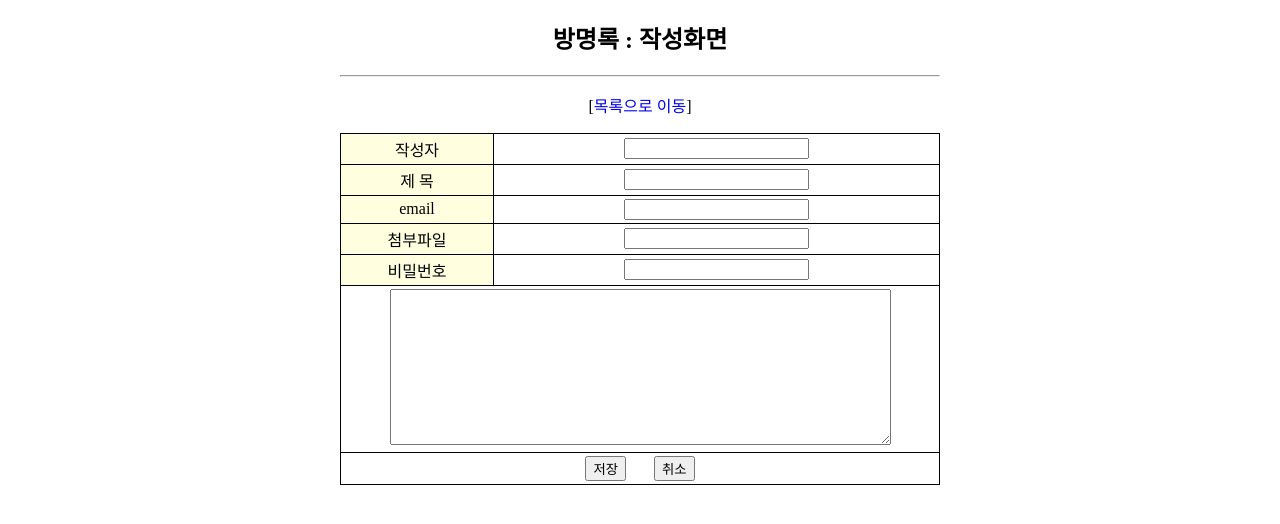
Repository: wjsjsn/23_jspstudy
Page: http://localhost/02_jsp/guestbook2/write.jsp
These files come from the project's save history. The page is drawn as it stood at one moment and after the next save; the edit follows.
The browser window is 1280 px wide. The pictures show the whole page.
The page is served by Tomcat 9. Other server files are loaded and not shown.

Above is the page before, as saved 2023-07-10 01:25:27.

### 02_jsp/src/main/webapp/guestbook2/write.jsp
<%@ page language="java" contentType="text/html; charset=UTF-8"
    pageEncoding="UTF-8"%>
<!DOCTYPE html>
<html>
<head>
<meta charset="UTF-8">
<title> 방 명 록 </title>
<style type="text/css">
	a { text-decoration: none;}
	table{width: 600px; border-collapse:collapse; text-align: center;}
	table,th,td{border: 1px solid black; padding: 3px}
	div{width: 600px; margin:auto; text-align: center;}
</style>
<script type="text/javascript">
	function save_go(f) {
		f.action="/02_jsp/GuestBook2";
		f.submit();
	}
</script>
</head>
<body>
	<div>
		<h2>방명록 : 작성화면</h2>
		<hr />
		<p>[<a href="/02_jsp/GuestBook2?cmd=list">목록으로 이동</a>]</p>
		<form method="post">
			<table>
				<tr align="center">
					<td bgcolor="lightyellow">작성자</td>
					<td><input type="text" name="name" size ="20"/></td>
				</tr>
				<tr align="center">
					<td bgcolor="lightyellow">제  목</td>
					<td><input type="text" name="subject" size ="20"/></td>
				</tr>
				<tr align="center">
					<td bgcolor="lightyellow">email</td>
					<td><input type="text" name="email" size ="20"/></td>
				</tr>
				<tr align="center">
					<td bgcolor="lightyellow">첨부파일</td>
					<td><input type="password" name="f_name" size ="20"/></td>
				</tr>
				<tr align="center">
					<td bgcolor="lightyellow">비밀번호</td>
					<td><input type="password" name="pwd" size ="20"/></td>
				</tr>
				<tr align="center">
					<td colspan="2">
						<textarea rows="10" cols="60" name="content"></textarea>
					</td>
				</tr>
				<tfoot>
					<tr align="center">
						<td colspan="2">
							<input type="hidden" value="write_ok" name="cmd">
							<input type="button" value="저장" onclick="save_go(this.form)" />
							&nbsp;&nbsp;&nbsp;&nbsp;&nbsp;
							<input type="reset" value="취소" />
						</td>
					</tr>
				</tfoot>
			</table>
		</form>
	</div>
</body>
</html>

After the next save:
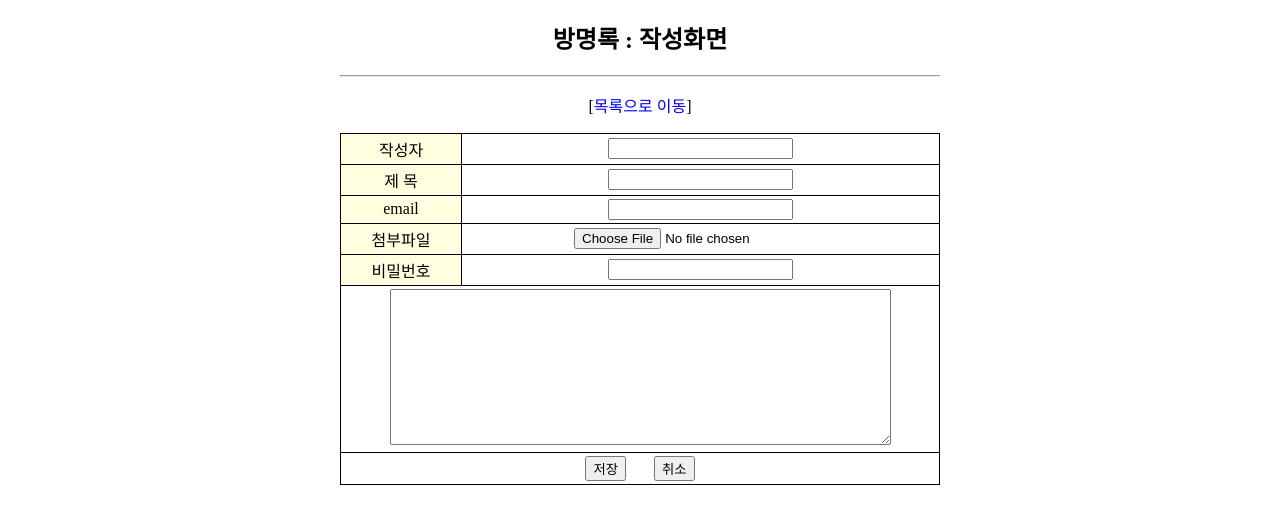
Saved 30 s later.
--- a/02_jsp/src/main/webapp/guestbook2/write.jsp
+++ b/02_jsp/src/main/webapp/guestbook2/write.jsp
@@ -39,7 +39,7 @@
 				</tr>
 				<tr align="center">
 					<td bgcolor="lightyellow">첨부파일</td>
-					<td><input type="password" name="f_name" size ="20"/></td>
+					<td><input type="file" name="f_name" size ="20"/></td>
 				</tr>
 				<tr align="center">
 					<td bgcolor="lightyellow">비밀번호</td>
